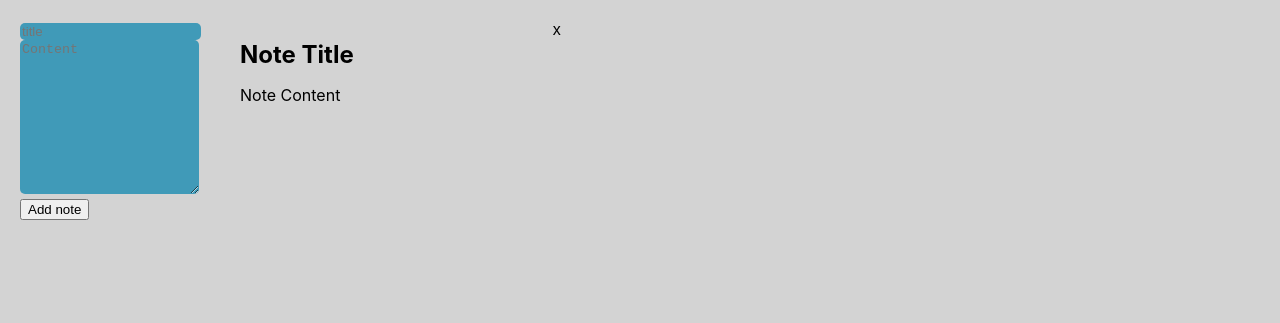
Repository: karolina-rachuta/Notes_React_Node_Js
Page: /
These files come from the project's save history. The page is drawn as it stood at one moment and after the next save; the edit follows.
The browser window is 1280 px wide. The pictures show the whole page.
The project was rebuilt for these pictures with package versions that can differ from the ones it lists, and the page was loaded fresh each time.

Above is the page before, as saved 2024-08-10 21:31:56.

After the next save:
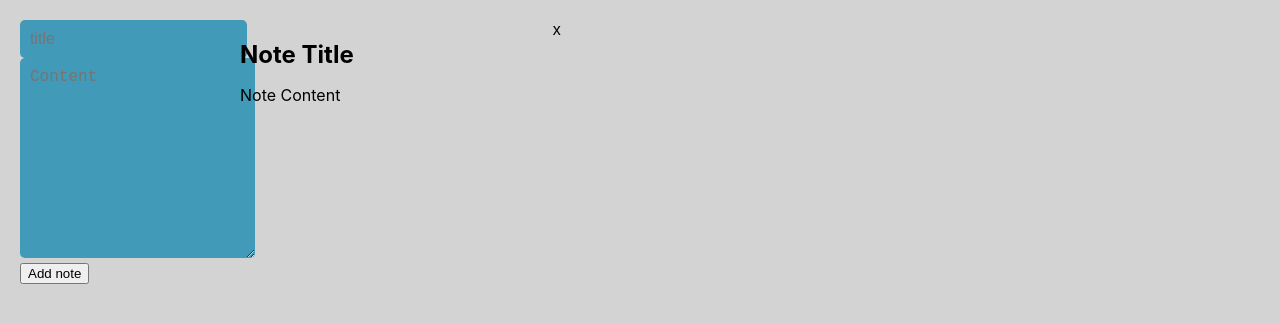
Saved 9 s later.
--- a/src/App.css
+++ b/src/App.css
@@ -61,4 +61,6 @@ input {
 border-radius: 5px;
 background-color: rgb(64, 154, 184);
 border: none;
+padding: 10px;
+font-size: 16px;
 }
